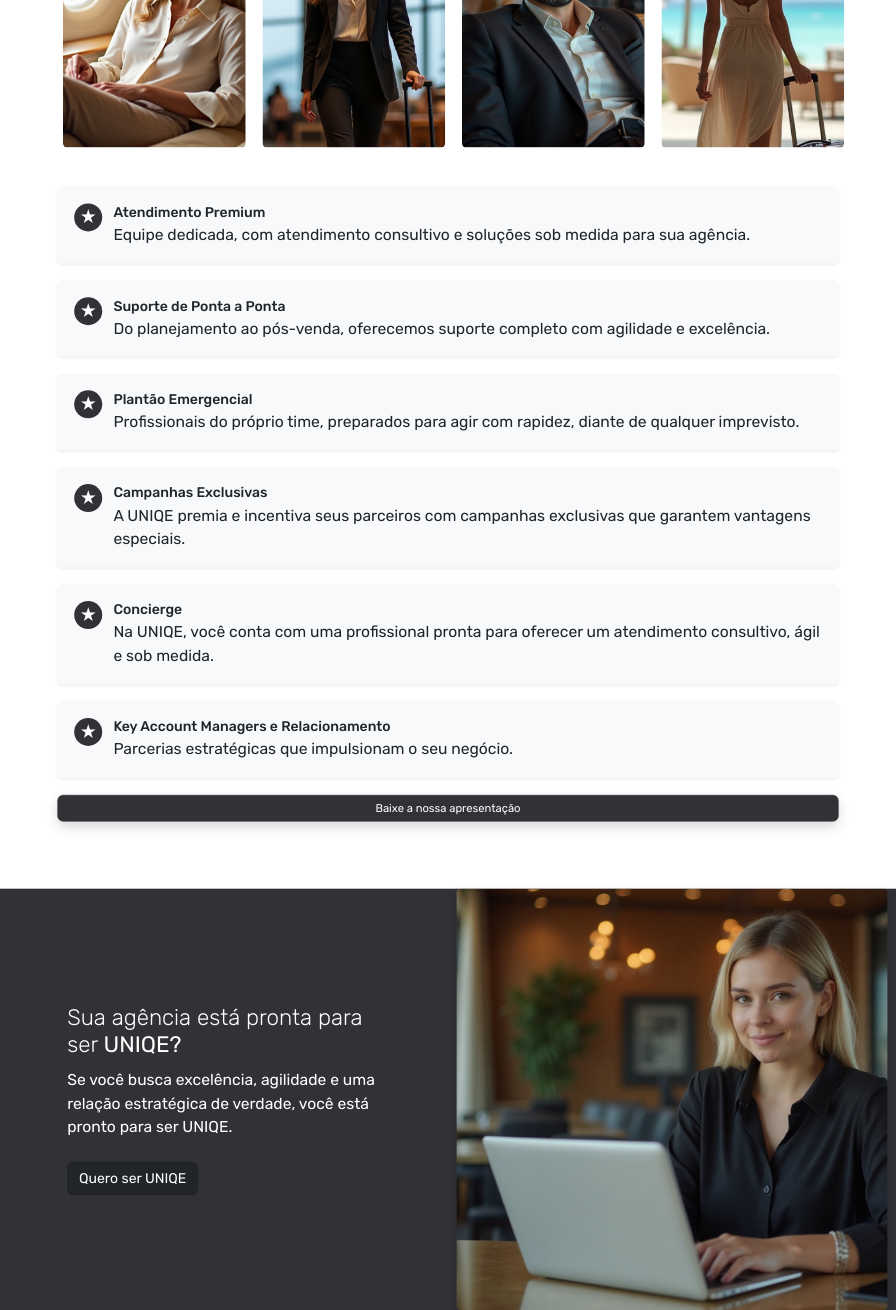
Repository: SkyTeam-Dev/Site-Uniqe
Page: http://localhost/
An editor plug-in stored every save of this project. The page is shown before and after the next save, followed by the edit.
The browser window is 1280 px wide. The pictures show the part of the page from y = 1301 to 3221 px (the page is 3173 px tall before and 3221 px after), at 70% of full size.
Some web libraries are served in a nearby version. The page is run by PHP 8.4 with error messages shown; the project is at /var/www/html/.

Above is the page before, as saved 2025-07-03 16:22:18.

### index.php
<!DOCTYPE html>
<html lang="pt-br">

<head>
    <title>:: Uniqe by Skyteam ::</title>
    <!-- Define uma descrição otimizada para mecanismos de busca (Maximo 160 caracteres mas o recomendado é 50 caracteres) -->
    <meta name="description"
        content="CADASTRO SIMPLES, DESCONTOS E CASHBACK A viagem do seu cliente com as melhores condições Conectamos o agente a descontos imbatíveis Ofereça seus serviços a preços mais atrativos com a Uniqe By Skyteam, uma plataforma para reservas de aéreo, hotelaria, seguro-viagem e locação nacional com descontos e cashback, projetada para qualquer agente de viagem" />
    <!-- Define palavras-chave (não tem mais impacto no Google, mas pode ajudar em outros mecanismos) -->
    <meta name="keywords" content="palavra-chave1, palavra-chave2, palavra-chave3">
    <meta charset="utf-8">
    <meta http-equiv="X-UA-Compatible" content="IE=edge">
    <link rel="canonical" href="https://uniqe.tur.br/" />
    <link rel='shortlink' href='https://uniqe.tur.br/' />

    <!-- Define a indexação pelos mecanismos de busca -->
    <meta name="robots" content="index, follow"> <!-- Para indexar e seguir links -->
    <meta name="googlebot" content="index, follow"> <!-- Específico para o Google -->
    <meta name="bingbot" content="index, follow"> <!-- Específico para o Bing -->

    <!-- GOOGLE JSON-LD para SEO -->
    <script type="application/ld+json">
    {
        "@context": "https://schema.org",
        "@type": "WebSite",
        "name": "Uniqe by Skyteam",
        "url": "https://uniqe.tur.br",
        "description": "Consolidadora PREMIUM para grandes negócios do turismo. Atendimento completo, personalizado e com foco em performance e relacionamento, venha ser Uniqe",
        "image": "https://uniqe.tur.br/Templates/Default/Imagens/OG_Uniqe_Base.jpg",
        "author": {
            "@type": "Person",
            "name": "Uniqe"
        },
        "publisher": {
            "@type": "Organization",
            "name": "Uniqe by Skyteam",
            "logo": {
                "@type": "ImageObject",
                "url": "https://uniqe.tur.br/Templates/Default/Imagens/OG_Uniqe_Base.jpg"
            }
        }
    }
    </script>
    <!-- GOOGLE JSON-LD para SEO -->

    <!-- Define o autor do conteúdo -->
    <meta name="author" content="Uniqe by Skyteam">

    <!-- Controla como o Google exibe o snippet do site -->
    <meta name="google" content="nosnippet"> <!-- Impede snippets na SERP -->
    <meta name="google" content="max-snippet:-1, max-image-preview:large, max-video-preview:-1">
    <!-- Personaliza como o conteúdo é mostrado -->

    <!-- Diz ao Google para não traduzir a página automaticamente -->
    <meta name="google" content="notranslate">

    <!-- Define a geolocalização para buscas locais -->
    <meta name="DC.title" content="Uniqe By SkyTeam" />
    <meta name="geo.region" content="BR-RS" />
    <meta name="geo.placename" content="Porto Alegre" />
    <meta name="geo.position" content="-30.030205;-51.229975" />
    <meta name="ICBM" content="-30.030205, -51.229975" />
    <!-- Criador do conteúdo -->
    <meta name="DC.creator" content="Uniqe By SkyTeam">
    <!-- Assunto ou tema do conteúdo -->
    <meta name="DC.subject"
        content="Consolidadora PREMIUM para grandes negócios do turismo. Atendimento completo, personalizado e com foco em performance e relacionamento, venha ser Uniqe">
    <!-- Descrição do conteúdo -->
    <meta name=" DC.description"
        content="Consolidadora PREMIUM para grandes negócios do turismo. Atendimento completo, personalizado e com foco em performance e relacionamento, venha ser Uniqe">

    <!-- Editora ou organização responsável -->
    <meta name="publisher" content="Uniqe By SkyTeam">
    <!-- Identificador único (ex: URL, DOI) -->
    <meta name="identifier" content="https://uniqe.tur.br">
    <!-- Idioma do conteúdo -->
    <meta name="language" content="pt-BR">

    <!-- Direitos autorais e licenciamento -->
    <meta name="rights" content="© 2025 Uniqe By SkyTeam. Todos os direitos reservados.">


    <!-- Definição do protocolo Open Graph BASE -->
    <meta property="og:type" content="website">
    <!-- URL canônica da página -->
    <meta property="og:url" content="https://uniqe.tur.br/">
    <!-- Título que aparecerá no compartilhamento -->
    <meta property="og:title" content="Uniqe by Skyteam">
    <!-- Descrição curta e chamativa -->
    <meta property="og:description"
        content="Consolidadora PREMIUM para grandes negócios do turismo. Atendimento completo, personalizado e com foco em performance e relacionamento, venha ser Uniqe">
    <!-- Imagem para exibição no compartilhamento -->
    <meta property="og:image" content="https://uniqe.tur.br/Templates/Default/Imagens/OG_Uniqe_Base.jpg">
    <!-- 1200x630 pixels é o tamanho recomendado pelo Facebook e outras redes sociais -->
    <meta property="og:image:alt"
        content="Uniqe by Skyteam - Consolidadora PREMIUM para grandes negócios do turismo. Atendimento completo, personalizado e com foco em performance e relacionamento, venha ser Uniqe">
    <!-- Especificações adicionais para a imagem -->
    <meta property="og:image:width" content="1200">
    <meta property="og:image:height" content="630">
    <!-- Nome do site (opcional, mas recomendado) -->
    <meta property="og:site_name" content="Uniqe by Skyteam">
    <!-- Idioma da página -->
    <meta property="og:locale" content="pt_BR">
    <!-- Definição do protocolo Open Graph BASE -->

    <!-- Twitter Card -->
    <meta name="twitter:card" content="summary_large_image">
    <meta name="twitter:title" content="Uniqe by Skyteam">
    <meta name="twitter:description"
        content="Consolidadora PREMIUM para grandes negócios do turismo. Atendimento completo, personalizado e com foco em performance e relacionamento, venha ser Uniqe">
    <meta name="twitter:image" content="https://uniqe.tur.br/Templates/Default/Imagens/OG_Uniqe_Base.jpg">
    <!-- Twitter Card -->



    <meta name="viewport" content="width=device-width, initial-scale=1, shrink-to-fit=no">

    <link rel='preconnect' href='//fonts.googleapis.com' />
    <link rel="preconnect" href="//fonts.gstatic.com" crossorigin>
    <link rel='preconnect' href='//jsdelivr.net' />
    <link rel='preconnect' href='//cdn.jsdelivr.net' />
    <link rel='preconnect' href='//code.jquery.com' />



    <!-- CSS -->
    <script src="https://kit.fontawesome.com/1f7edb10c1.js" crossorigin="anonymous"></script>

    <link
        href="https://fonts.googleapis.com/css2?family=DM+Sans:ital,opsz,wght@0,9..40,100..1000;1,9..40,100..1000&family=Inter:ital,opsz,wght@0,14..32,100..900;1,14..32,100..900&family=Rubik:ital,wght@0,300..900;1,300..900&display=swap"
        rel="stylesheet">

    <link rel="stylesheet" href="Templates/Default/Bootstrap/bootstrap.css">
    <link rel="stylesheet" href="Templates/Default/CSS/Site.css">

    <link rel="stylesheet" href="https://cdn.jsdelivr.net/npm/slick-carousel@1.8.1/slick/slick.css" />
    <link rel="stylesheet" href="https://cdn.jsdelivr.net/npm/slick-carousel@1.8.1/slick/slick-theme.css" />


    <!-- CSS -->

    <!-- Favicon -->


    <!-- Favicon e Theme Color-->
    <link rel="icon" type="image/png" href="Templates/Default/Imagens/Favicons/favicon-96x96.png" sizes="96x96" />
    <link rel="icon" type="image/svg+xml" href="Templates/Default/Imagens/Favicons/favicon.svg" />
    <link rel="shortcut icon" href="Templates/Default/Imagens/Favicons/favicon.ico" />
    <link rel="icon" href="Templates/Default/Imagens/Favicons/favicon.ico" type="image/x-icon">
    <link rel="apple-touch-icon" sizes="180x180" href="Templates/Default/Imagens/Favicons/apple-touch-icon.png" />
    <link rel="manifest" href="Templates/Default/Imagens/Favicons/site.webmanifest" />
    <link rel="apple-touch-icon" href="Templates/Default/Imagens/Favicons/favicon-96x96.png">
    <meta name="msapplication-TileImage" content="Templates/Default/Imagens/Favicons/favicon-96x96.png">
    <meta name="theme-color" content="#313136">
    <meta name="apple-mobile-web-app-capable" content="yes">
    <meta name="apple-mobile-web-app-status-bar-style" content="black-translucent">
    <meta name="msapplication-TileColor" content="#313136">
    <!-- Favicon -->


    <!-- Rastreamento e Comunicação -->

    <!-- Rastreamento e Comunicação -->



    <script src="https://www.google.com/recaptcha/api.js"></script>


</head>

<body onload="document.body.classList.add('show');" class="fade-in">


    <!-- Cabeçalho -->
    <header id="mainHeader" class="menu-transparent mt-0">
        <div class="container-fluid d-flex justify-content-between align-items-center p-3">
            <div>
                <img src="Templates/Default/Imagens/Logo_Uniqe_Branco.png" class="ms-4 img-fluid fw-bold">
                <!-- Troque pelo seu logo -->
            </div>
            <div>
                <a href="#" class="btn btn-outline-light me-2 rounded-3 shadow">Seja Cliente</a>
                <a href="#" class="btn btn-light rounded-3 shadow">Portal Uniqe</a>
            </div>
        </div>
    </header>

    <!-- Conteúdo -->
    <main class="bg-primary">

        <section class="container-fluid p-5 Hero d-flex justify-content-center align-items-center min-vh-100" id="Hero">
            <div class="row">
                <div class="col-md-6 col-sm-12">
                    <h1 class="text-white mb-5">Consolidadora Premium para Grandes Negócios do Turismo</h1>
                    <p class="text-white mb-3">Atendimento completo, personalizado e com foco em performance e
                        relacionamento.</p>
                    <a href="#" class="btn btn-lg btn-primary">Quero ser UNIQE</a>
                </div>
            </div>


        </section>

    </main>
    <!-- Conteúdo -->

    <!-- Cabeçalho -->

    <!-- Por que ser UNIQE -->

    <section class="container bg-white Espacamento_Superior">

        <div class="row  p-5">

            <div class="col-sm-12">

                <h1 class="mb-2">Por que ser UNIQE?</h1>
                <p class="mb-5">Mais do que uma consolidadora, somos um parceiro estratégico com atendimento premium
                    e completo em todas as etapas da jornada.</p>
            </div>
        </div>
        <div class="row text-center">

            <div class="col-md-3 col-sm-12">
                <img src="Templates/Default/Imagens/foto-uniqe-01.jpg"
                    class="img-fluid img-hover-site text-center m-2 rounded border-1">
            </div>

            <div class="col-md-3 col-sm-12">
                <img src="Templates/Default/Imagens/foto-uniqe-02.png"
                    class="img-fluid img-hover-site text-center m-2 rounded border=1">
            </div>

            <div class="col-md-3 col-sm-12">
                <img src="Templates/Default/Imagens/foto-uniqe-03.jpg"
                    class="img-fluid img-hover-site text-center m-2 rounded border=1">
            </div>

            <div class="col-md-3 col-sm-12">
                <img src="Templates/Default/Imagens/foto-uniqe-04.jpg"
                    class="img-fluid img-hover-site text-center m-2 rounded border-1">
            </div>




        </div>

        </div>

    </section>

    <!-- Por que ser UNIQE -->

    <section class="container py-5">
        <div class="row g-4">

            <div class="col-12">
                <div class="card-beneficio d-flex align-items-start bg-light rounded p-4 shadow-sm">
                    <div class="me-3">
                        <span
                            class="icone fs-4 text-white rounded-circle d-inline-flex align-items-center justify-content-center"
                            style="width: 40px; height: 40px;">
                            ★
                        </span>
                    </div>
                    <div>
                        <h5 class="mb-1">Atendimento Premium</h5>
                        <p class="mb-0">Equipe dedicada, com atendimento consultivo e soluções sob medida para sua
                            agência.</p>
                    </div>
                </div>
            </div>

            <div class="col-12">
                <div class="card-beneficio d-flex align-items-start bg-light rounded p-4 shadow-sm">
                    <div class="me-3">
                        <span
                            class="icone fs-4 text-white rounded-circle d-inline-flex align-items-center justify-content-center"
                            style="width: 40px; height: 40px;">
                            ★
                        </span>
                    </div>
                    <div>
                        <h5 class="mb-1">Suporte de Ponta a Ponta</h5>
                        <p class="mb-0">Do planejamento ao pós-venda, oferecemos suporte completo com agilidade e
                            excelência.</p>
                    </div>
                </div>
            </div>


            <div class="col-12">
                <div class="card-beneficio d-flex align-items-start bg-light rounded p-4 shadow-sm">
                    <div class="me-3">
                        <span
                            class="icone fs-4 text-white rounded-circle d-inline-flex align-items-center justify-content-center"
                            style="width: 40px; height: 40px;">
                            ★
                        </span>
                    </div>
                    <div>
                        <h5 class="mb-1">Plantão Emergencial</h5>
                        <p class="mb-0">Profissionais do próprio time, preparados para agir com rapidez, diante de
                            qualquer imprevisto.</p>
                    </div>
                </div>
            </div>

            <div class="col-12">
                <div class="card-beneficio d-flex align-items-start bg-light rounded p-4 shadow-sm">
                    <div class="me-3">
                        <span
                            class="icone fs-4 text-white rounded-circle d-inline-flex align-items-center justify-content-center"
                            style="width: 40px; height: 40px;">
                            ★
                        </span>
                    </div>
                    <div>
                        <h5 class="mb-1">Campanhas Exclusivas</h5>
                        <p class="mb-0">A UNIQE premia e incentiva seus parceiros com campanhas exclusivas que garantem
                            vantagens especiais.</p>
                    </div>
                </div>
            </div>

            <div class="col-12">
                <div class="card-beneficio d-flex align-items-start bg-light rounded p-4 shadow-sm">
                    <div class="me-3">
                        <span
                            class="icone fs-4 text-white rounded-circle d-inline-flex align-items-center justify-content-center"
                            style="width: 40px; height: 40px;">
                            ★
                        </span>
                    </div>
                    <div>
                        <h5 class="mb-1">Concierge</h5>
                        <p class="mb-0">Na UNIQE, você conta com uma profissional pronta para oferecer um atendimento
                            consultivo, ágil e sob medida.</p>
                    </div>
                </div>
            </div>

            <div class="col-12">
                <div class="card-beneficio d-flex align-items-start bg-light rounded p-4 shadow-sm">
                    <div class="me-3">
                        <span
                            class="icone fs-4 text-white rounded-circle d-inline-flex align-items-center justify-content-center"
                            style="width: 40px; height: 40px;">
                            ★
                        </span>
                    </div>
                    <div>
                        <h5 class="mb-1">Key Account Managers e Relacionamento</h5>
                        <p class="mb-0">Parcerias estratégicas que impulsionam o seu negócio.</p>
                    </div>
                </div>
            </div>

            <div class="col-12">
                <div class="d-grid gap-2">
                    <a href="https://uniqe.blob.core.windows.net/uniqe/apresentacao/apresenta%C3%A7%C3%A3o-uniqe.pdf"
                        class="btn btn-primary btn-block rounded-3 shadow">
                        Baixe a nossa apresentação
                    </a>
                </div>
            </div>



        </div>
    </section>

    <section class="container-fluid bg-primary mt-5 text-white">

            <div class="row align-items-center">

                <!-- Coluna de texto -->

                <div class="col-md-6 p-5 mb-4 mb-md-0">
                  <div class="p-5">
                    <h2 class="fw-light">Sua agência está pronta para ser <strong>UNIQE?</strong></h2>
                    <p class="mt-3">Se você busca excelência, agilidade e uma relação estratégica de verdade, você está
                        pronto para ser UNIQE.</p>
                    <a href="#" class="btn btn-dark btn-lg mt-3">Quero ser UNIQE</a>
                </div>
                </div>


                <!-- Coluna de imagem -->
                <div class="col-md-6 d-flex align-items-stretch">
                    <div class="w-100">
                        <img src="Templates/Default/Imagens/foto-uniqe-formulario.jpg" alt="Atendente UNIQE"
                            class="img-fluid rounded shadow w-100 h-100 object-fit-cover">
                    </div>
                </div>


        </div>
    </section>







    <script src="https://cdn.jsdelivr.net/npm/bootstrap@5.3.3/dist/js/bootstrap.bundle.min.js"></script>
    <script>
    const header = document.getElementById('mainHeader');
    let lastScroll = 0;

    window.addEventListener('scroll', () => {
        const currentScroll = window.scrollY;

        if (currentScroll <= 0) {
            header.classList.add('menu-transparent');
            header.classList.remove('menu-colored');
            return;
        }

        if (currentScroll > lastScroll) {
            // Rolando para baixo
            header.classList.add('menu-colored');
            header.classList.remove('menu-transparent');
        } else {
            // Rolando para cima
            if (currentScroll <= 100) {
                header.classList.add('menu-transparent');
                header.classList.remove('menu-colored');
            }
        }

        lastScroll = currentScroll;
    });
    </script>

</body>

</html>

### Templates/Default/CSS/Site.css
body{
    overflow-x: hidden;

}

.fade-in {
    opacity: 0;
    transition: opacity 1s ease-in-out;
}

.fade-in.show {
    opacity: 1;
}

header {
  position: fixed;
  width: 100%;
  z-index: 999;
  transition: background-color 0.3s ease, box-shadow 0.3s ease;
}

.menu-transparent {
  background-color: transparent !important;
  box-shadow: none !important;
}

.menu-colored {
  background-color: var(--bs-primary) !important;
  box-shadow: 0 2px 5px rgba(0, 0, 0, 0.1);
}

.Hero {
  height: 100vh;
  background-image: url('../Imagens/foto-home-uniqe.jpg');
  background-repeat: no-repeat;
  background-size: cover;
  background-position: center;
}

.Espacamento_Superior{
    padding-top: 8rem !important;
}

.Espacamento_Inferior{
    padding-bottom: 8rem !important;
}


.icone{
    background-color: var(--bs-primary);
}

.card-beneficio .icone,
.card-beneficio h5 {
  transition: all 0.3s ease-in-out;
}

.card-beneficio:hover .icone {
  transform: scale(1.3);
  background-color: #73737d;
}

.card-beneficio:hover h5 {
  color: #73737d; /* cor primária do Bootstrap (pode mudar para outra que quiser) */
}

.img-hover-site:hover{
    box-shadow: 0px 0px 20px 1px rgba(0,0,0,0.5);
    transition: all 0.3s ease-in-out;
    transform: scale(1.1);
    -webkit-transform: scale(1.1);
    -moz-transform: scale(1.1);
    -ms-transform: scale(1.1);
    -o-transform: scale(1.1);
    -webkit-transition: all 0.3s ease-in-out;
    -moz-transition: all 0.3s ease-in-out;
    -ms-transition: all 0.3s ease-in-out;
    -o-transition: all 0.3s ease-in-out;
}

.object-fit-cover {
  object-fit: cover;
}

Loaded but not shown: Templates/Default/Bootstrap/bootstrap.css (library)

After the next save:
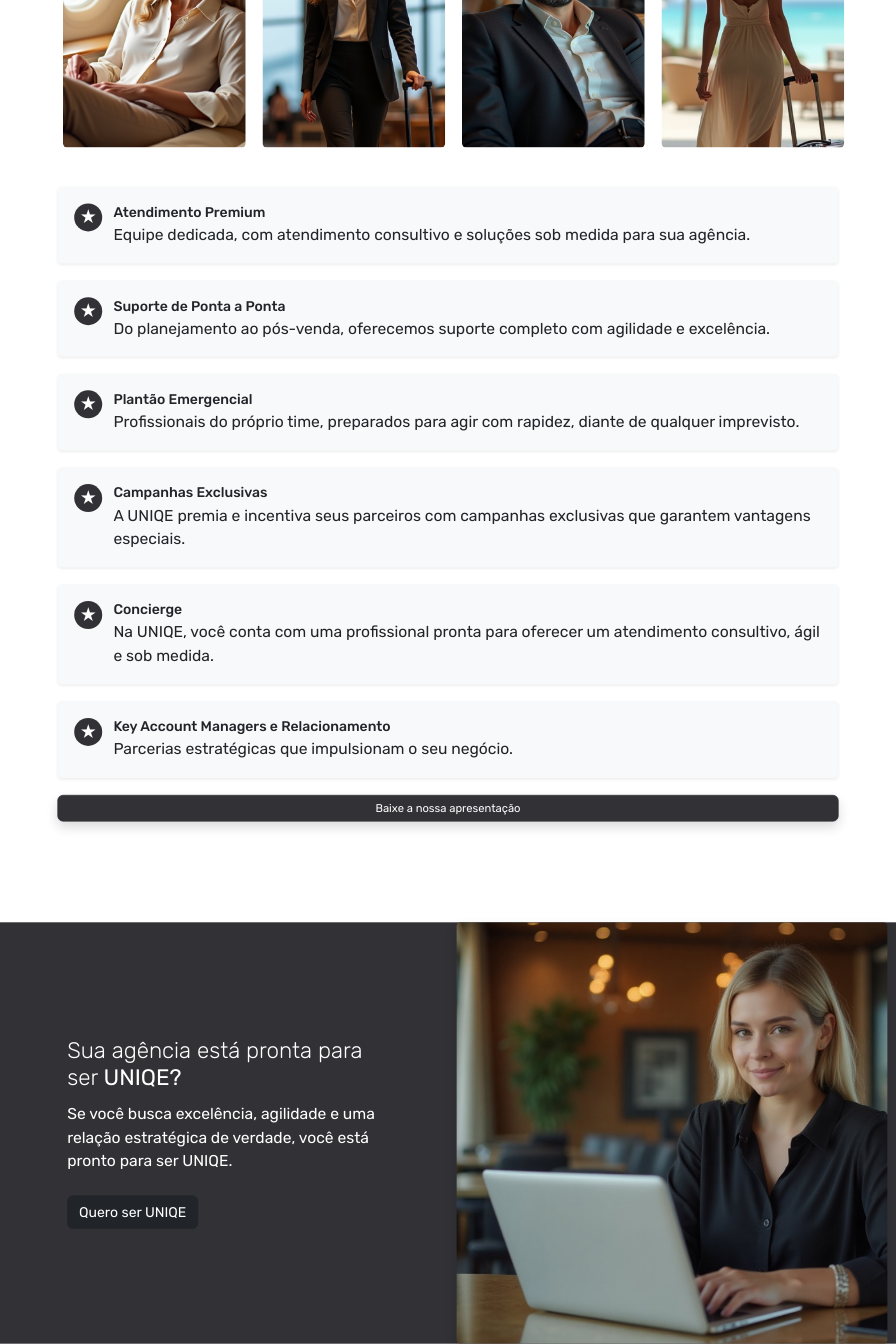
Saved 19 s later.
--- a/index.php
+++ b/index.php
@@ -361,7 +361,7 @@
             <div class="col-12">
                 <div class="d-grid gap-2">
                     <a href="https://uniqe.blob.core.windows.net/uniqe/apresentacao/apresenta%C3%A7%C3%A3o-uniqe.pdf"
-                        class="btn btn-primary btn-block rounded-3 shadow">
+                        class="btn btn-primary btn-block rounded-3 shadow mb-5">
                         Baixe a nossa apresentação
                     </a>
                 </div>
